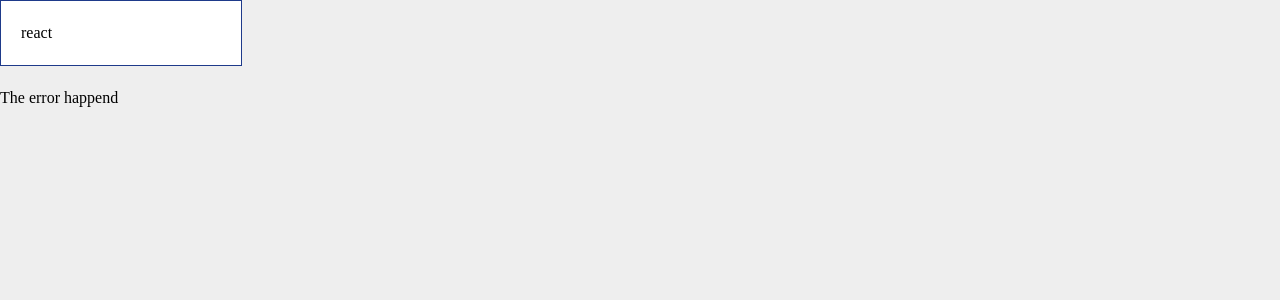
Repository: 16-Doffy/Fe-Khhoahoc
Page: /
The author's editor kept a copy of each file at every save. The page is drawn from the files as they stood at one save, then again after the next save.
The browser window is 1280 px wide. The pictures show the whole page.
The page's requests for data from a server got no answer. The project was rebuilt for these pictures with package versions that can differ from the ones it lists, and the page was loaded fresh each time. No one was signed in, and anything a server would have sent is missing. Also part of the build but not shown: src/App.css.

Above is the page before, as saved 2025-01-14 15:32:34.

### src/index.js
import React from 'react';
import ReactDOM from 'react-dom/client';
import './index.css';
import App from './App';
import reportWebVitals from './reportWebVitals';
import "./index.scss"
const root = ReactDOM.createRoot(document.getElementById('root'));
root.render(
  <React.StrictMode>
    <App />
  </React.StrictMode>
);

// If you want to start measuring performance in your app, pass a function
// to log results (for example: reportWebVitals(console.log))
// or send to an analytics endpoint. Learn more: https://bit.ly/CRA-vitals
reportWebVitals();

### src/App.js

import "./App.css";
import HackerNews from "./components/news/HackerNews";



const App = () => {
  return (

    <HackerNews></HackerNews>
  );
};

export default App;













//<CardList><Card2/>
// const theme = {
//   //wanna change color in the future come here to change
//   colors: {
//     blue: "#2979ff",
//   },
//   orange: "#ffa440",
// };
// {/* <ThemeProvider theme={theme}>
// <CardList>
// <Card2 secondary={true}></Card2>
// <Card2 secondary={false}></Card2>
// <Card2 secondary={true}></Card2>
// <Card2 secondary={false}></Card2>
// <Card2 secondary={true}></Card2>
//  </CardList>
// </ThemeProvider> */}

### src/index.scss
@tailwind base;
@tailwind components;
@tailwind utilities;

@layer base {
    @import url("https://fonts.googleapis.com/css2?family=Poppins:ital,wght@0,100;0,200;0,300;0,400;0,500;0,600;0,700;0,800;0,900;1,100;1,200;1,300;1,400;1,500;1,600;1,700;1,800;1,900&display=swap");
    body{
        font-family: "Poppins", serif;
    }
}

### src/components/news/HackerNews.js
import axios from "axios";
import React, { useState, useEffect, useRef } from "react";
import lodash from "lodash";
// http://hn.algolia.com/api/v1/search?query=react
const HackerNews = () => {
  const [hits, setHits] = useState([]);
  const [query, setQuery] = useState("react");
  const [loading, setLoading] = useState(true);
  const [error, setError] = useState("");
  const handleFetchResponse = useRef({});
  handleFetchResponse.curent = async () => {
    setLoading(true);
    try {
      const response = await axios.get(
        `http://hn.algolia.com/api/v1/search?query=${query}`
      );
      setHits(response.data?.hits || []);
      setLoading(false);
    } catch {
      // console.log(response);
      setLoading(false);
      setError(`The error happend ${error}`);
    }
  };
  const handleUpdateQuery = lodash.debounce((e) => {
    setQuery(e.target.value);
  }, 100);
  useEffect(() => {
    handleFetchResponse.curent();
  }, [query]);
  return (
    <div>
      <input
        type="text"
        className=" border border-blue-900 text-black p-5 mb-5"
        defaultValue={query}
        onChange={handleUpdateQuery}
      />
      {loading && (
        <div
          className=" loading w-8 h-8  rounded-full  border-blue-300 border-4
    border-r-4 border-r-transparent animate-spin"
        ></div>
      )}
      {!loading && error && <p>{error}</p>}
      {!loading &&
        hits.length > 0 &&
        hits.map((item, index) => <h3 key={item.title}>{item.title}</h3>)}
    </div>
  );
};

export default HackerNews;

### tailwind.config.js
/** @type {import('tailwindcss').Config} */
module.exports = {
  mode: "jit",
  content: ["./src/**/*.{html,js}"],
  theme: {
    extend: {
      backgroundImage: {
        'radiant': `linear-gradient(0.25turn, #3f87a6, #ebf8e1, #f69d3c)`,
        'footer-texture': "url('/img/footer-texture.png')", // Sửa ở đây
        'secondary-radiant': `linear-gradient(#e66465, #9198e5)`,
      },
    },
  },
  plugins: [],
}

Loaded but not shown: public/index.html (common file); src/index.css (common file); src/reportWebVitals.js (common file)

After the next save:
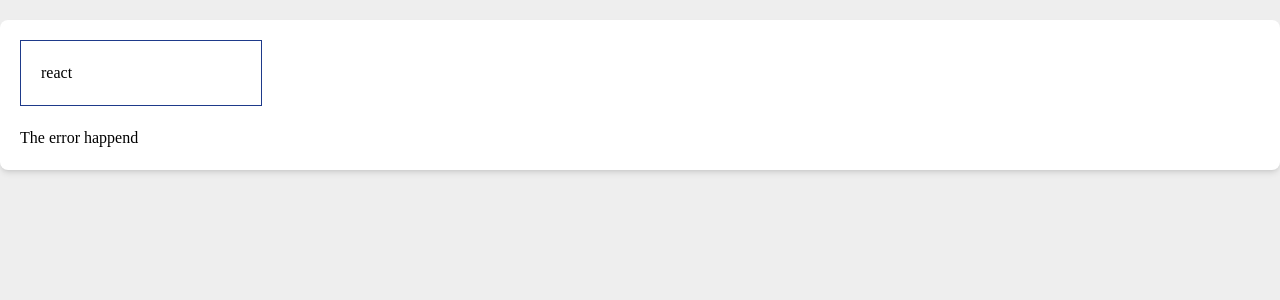
Saved 28 s later.
--- a/src/components/news/HackerNews.js
+++ b/src/components/news/HackerNews.js
@@ -29,7 +29,7 @@ const HackerNews = () => {
     handleFetchResponse.curent();
   }, [query]);
   return (
-    <div>
+    <div className="bg-white max-auto mt-5 p-5 rounded-lg shadow-md">
       <input
         type="text"
         className=" border border-blue-900 text-black p-5 mb-5"
